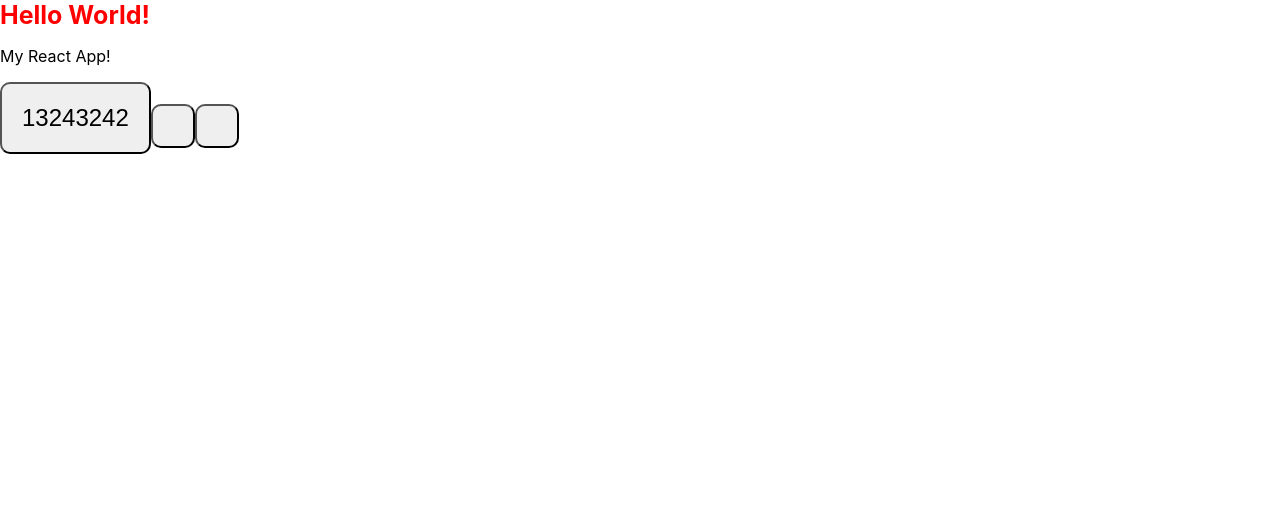
Repository: ruslan-horaiskyi/weatherApp
Page: /
The author's editor kept a copy of each file at every save. The page is drawn from the files as they stood at one save, then again after the next save.
The browser window is 1280 px wide. The pictures show the whole page.
The project was rebuilt for these pictures with package versions that can differ from the ones it lists, and the page was loaded fresh each time.

Above is the page before, as saved 2023-04-20 16:37:52.

### src/App.jsx
import "./App.css";
import  Button  from './components/Button/Button'
// import Input from './components/Button'

const App = () => {
  console.log("App component");

  return (
    <>
      <div className="custom-h1">Hello World!</div>
      <p>My React App!</p>
      <Button title={'New Button Title'}>13243242</Button>
      <Button title={'New Button Title2'} />
      <Button title={'New Button Title3'} />
    </>
  );
};

export default App;

### src/App.css
.custom-h1 {
  color: red;
  font-size: 25px;
  font-weight: bold;
}

### src/components/Button/Button.jsx
import "./Button.css";

const Button = ({ title, children }) => {
  return <button className="custom-button" onClick={() => {
    console.log('Button clicked!');
  }}>{children}</button>;
};

export default Button;

### src/components/Button/Button.css
.custom-button {
  padding: 20px;
  border-radius: 10px;
  font-size: 24px;
  cursor: pointer;
}

Loaded but not shown: public/index.html (common file); src/index.js (common file); src/index.css (common file)

After the next save:
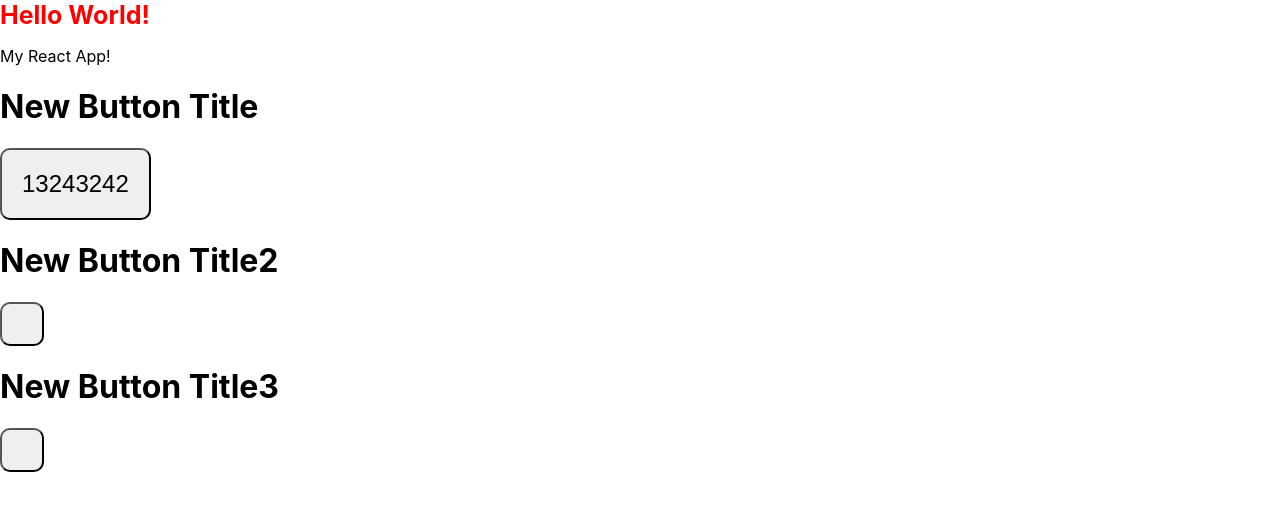
Saved 27 s later.
--- a/src/components/Button/Button.jsx
+++ b/src/components/Button/Button.jsx
@@ -1,9 +1,19 @@
 import "./Button.css";
 
 const Button = ({ title, children }) => {
-  return <button className="custom-button" onClick={() => {
-    console.log('Button clicked!');
-  }}>{children}</button>;
+  return (
+    <>
+      <h1>{title}</h1>
+      <button
+        className="custom-button"
+        onClick={() => {
+          console.log("Button clicked!");
+        }}
+      >
+        {children}
+      </button>
+    </>
+  );
 };
 
 export default Button;
